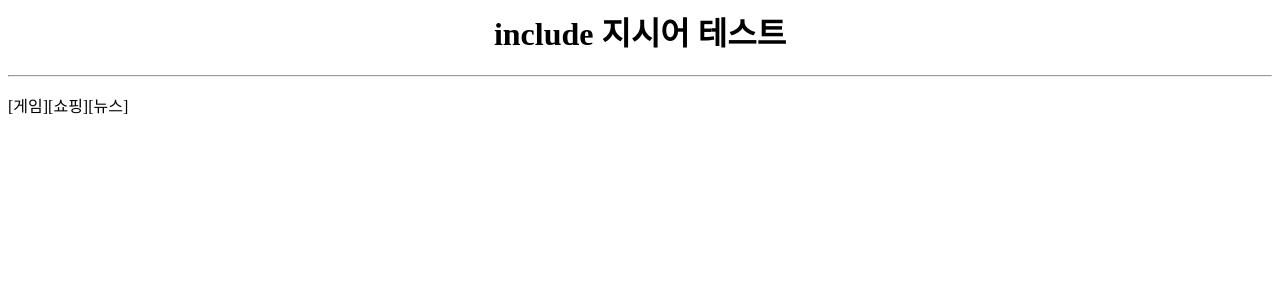
Repository: BogyeumKim/JSP
Page: http://localhost/FirstWeb/include/header.jsp
An editor plug-in stored every save of this project. The page is shown before and after the next save, followed by the edit.
The browser window is 1280 px wide. The pictures show the whole page.
The page is served by Tomcat 9.

Above is the page before, as saved 2020-06-30 06:09:46.

After the next save:
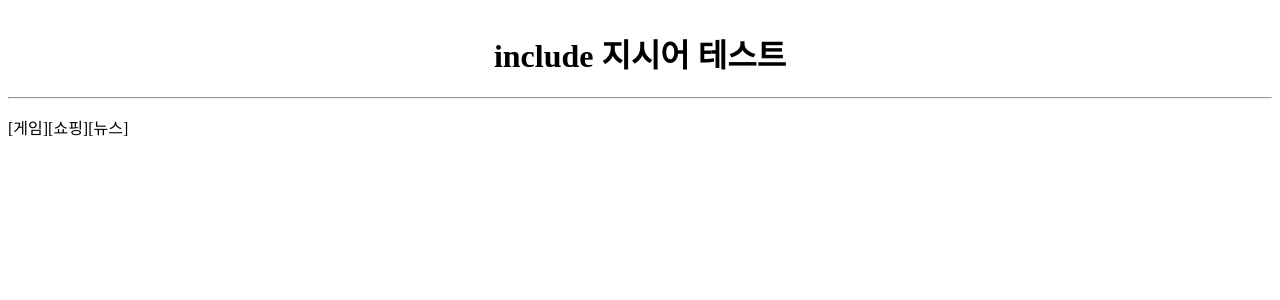
Saved 14 s later.
--- a/FirstWeb/WebContent/include/header.jsp
+++ b/FirstWeb/WebContent/include/header.jsp
@@ -5,6 +5,7 @@
 <style>
 h1{
 text-align:center;
+margin-top: 30px
 
 }
 </style>
